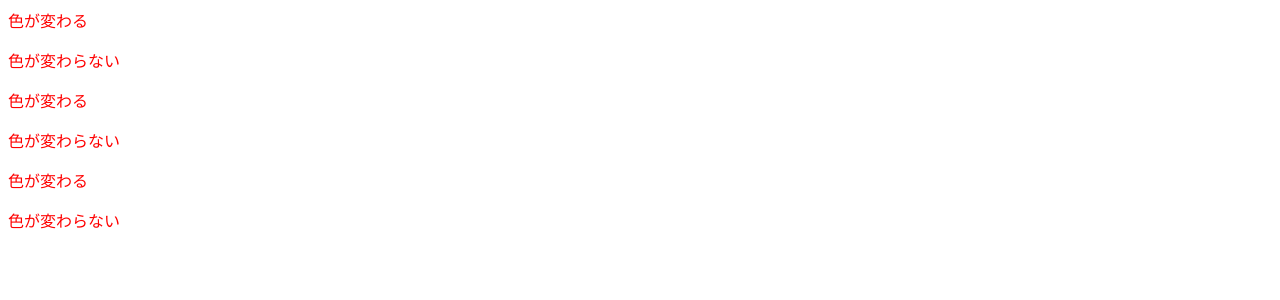
Repository: 9136424556/todo01
Page: coachtech/html-css/indexNO7.html
The author's editor kept a copy of each file at every save. The page is drawn from the files as they stood at one save, then again after the next save.
The browser window is 1280 px wide. The pictures show the whole page.

Above is the page before, as saved 2023-11-26 13:25:42.

### coachtech/html-css/indexNO7.html
<p>色が変わる</p>
<div>色が変わらない</div>
<!--以下の内容を追加します-->
<link rel="stylesheet" href="css/style2.css" />
<p id="sample">色が変わる</p>
<p>色が変わらない</p>

<p class="sample">色が変わる</p>
<p>色が変わらない</p>

Loaded but not shown: coachtech/html-css/css/style2.css (common file)

After the next save:
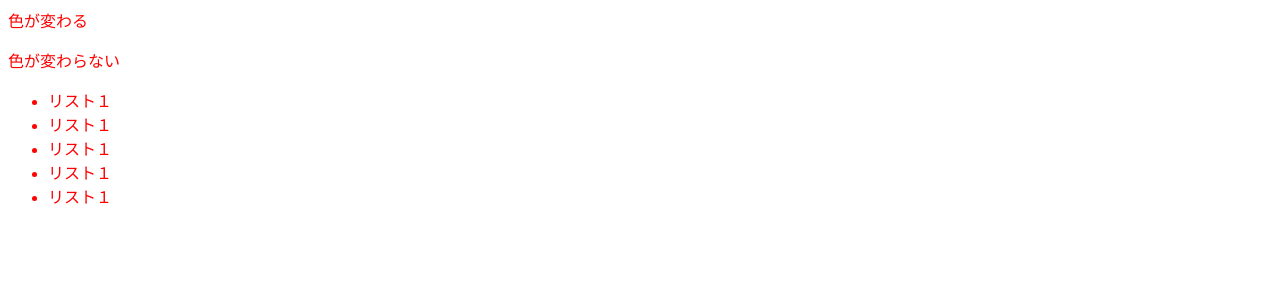
Saved 5 s later.
--- a/coachtech/html-css/indexNO7.html
+++ b/coachtech/html-css/indexNO7.html
@@ -1,9 +1,11 @@
 <p>色が変わる</p>
-<div>色が変わらない</div>
+<p>色が変わらない</p>
+<ul>
+    <li>リスト１</li>
+    <li>リスト１</li>
+    <li>リスト１</li>
+    <li>リスト１</li>
+    <li>リスト１</li>
+</ul>
 <!--以下の内容を追加します-->
 <link rel="stylesheet" href="css/style2.css" />
-<p id="sample">色が変わる</p>
-<p>色が変わらない</p>
-
-<p class="sample">色が変わる</p>
-<p>色が変わらない</p>
